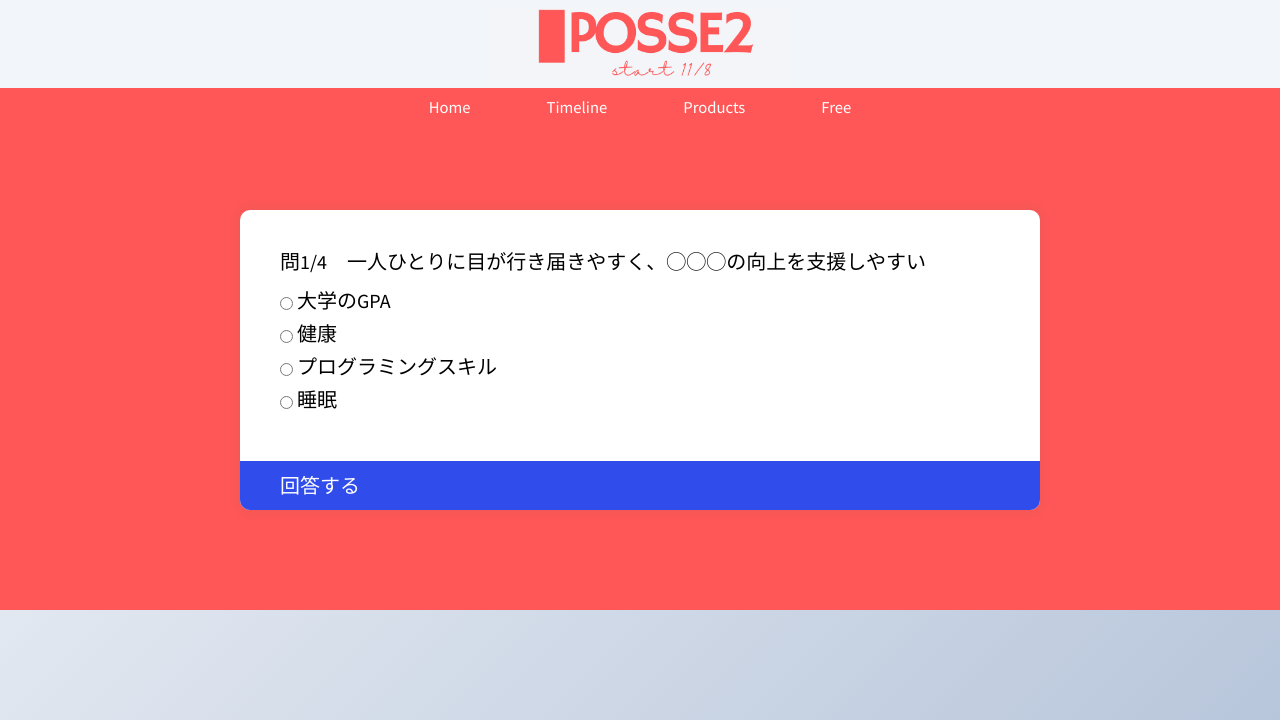
Repository: posse-ap/posse2-hackathon-202202-team2B
Page: src/html/top.html
The author's editor kept a copy of each file at every save. The page is drawn from the files as they stood at one save, then again after the next save.
The browser window is 1280 px wide. The pictures show the whole page.
The style sheet was rebuilt from its Sass, Less or Tailwind sources for each picture, by a compiler version that may differ from the author's.

Above is the page before, as saved 2022-02-14 21:59:09.
Console error: SyntaxError: Cannot use import statement outside a module

### src/html/top.html
<!DOCTYPE html>
<html lang="ja">
<head>
    <meta charset="UTF-8">
    <meta http-equiv="X-UA-Compatible" content="IE=edge">
    <meta name="viewport" content="width=device-width, initial-scale=1.0">
    <title>トップページ</title>
    <link rel="stylesheet" href="/src/reset.css">
    <link rel="stylesheet" href="../css/top.css">
    <script type="module" src="/src/js/index.js" defer></script>
</head>
<body>
    <header>
        <h1 class="logo">
            <a href="#" ><img src="/src/image/10.png" alt="Travel Blog"></a>
        </h1>
        <ul>
            <div class="lists">
                <li><a href="" class="list hover_action">Home</a></li>
                <li><a href="" class="list hover_action">Timeline</a></li>
                <li><a href="" class="list hover_action">Products</a></li>
                <li><a href="" class="list hover_action">Free</a></li>
            </div>
        </ul>
    </header>

<!-- クイズ -->
<div class="quiz-wrapper">
    <h2></h2>
    <div class="quiz-container">
        <div id="quiz-header">
          <h2 id="question">Question text</h2>
            <br>
          <form id="quiz-form" name="quizForm">
            <ul class="questions">
              <li>
                <input type="radio" id="a" name="answer" value="a" />
                <label id="a-text" for="a">Question</label>
              </li>
              <li>
                <input type="radio" id="b" name="answer" value="b" />
                <label id="b-text"  for="b">Question</label>
              </li>
              <li>
                <input type="radio" id="c" name="answer" value="c" />
                <label id="c-text"  for="c">Question</label>
              </li>
              <li>
                <input type="radio" id="d" name="answer" value="d" />
                <label id="d-text"  for="d">Question</label>
              </li>
            </ul>
            <div id="message"><a href="">POSSE2へ加入</a></div>
          </form>
        </div>

        <button id="submit">回答する</button>

        <!-- 結果表示用の要素 -->
        <div id="results-container">
          <div id="results-header">
            <h2 id="results"></h2>
            <button id="next-quiz">次の問題へ</button>
          </div>
        </div>
      </div>
</div>
      <script src="../js/index.js"></script>
</body>
    </html>

### src/js/index.js
// クイズデータを読み込む
import { quizDataJp } from './quiz_data_jp.js';

// 問題文
const questionElm = document.getElementById('question');

// 選択肢
const a_text = document.getElementById('a-text');
const b_text = document.getElementById('b-text');
const c_text = document.getElementById('c-text');
const d_text = document.getElementById('d-text');

// 回答送信ボタン
const submitBtn = document.getElementById('submit');

// 現在の問題
let currentQuiz = 0;

// 現在のスコア
let score = 0;

// 次の問題へ進むボタン
const nextQuizBtn = document.getElementById('next-quiz');

// 結果表示用の要素
const quizHeaderElm = document.getElementById('quiz-header');
const resultsConElm = document.getElementById('results-container');
const resultsElm = document.getElementById('results');

loadQuiz();

// 問題を読み込む
function loadQuiz() {
  // 問題を取得
  const currentQuizData = quizDataJp[currentQuiz];

  // 質問文を表示
  questionElm.innerText = currentQuizData.question;

  // 選択肢を表示
  a_text.innerText = currentQuizData.a;
  b_text.innerText = currentQuizData.b;
  c_text.innerText = currentQuizData.c;
  d_text.innerText = currentQuizData.d;
}

// 回答を取得
function getAnswered() {

  // 選択したラジオボタンのvalueを返す
  return document.quizForm.answer.value;
}

// 結果表示
function showResults(results) {
  quizHeaderElm.style.display = 'none';
  submitBtn.style.display = 'none';
  resultsConElm.style.display = 'block';
  resultsElm.innerText = results;
}

// 次の問題を表示
function showQuiz() {
  quizHeaderElm.style.display = 'block';
  submitBtn.style.display = 'block';
  resultsConElm.style.display = 'none';
}

// 採点
function checkScore() {
  if (score == quizDataJp.length) {
    return '全問正解！おめでとう！';
  } else {
    return 'もう一回挑戦しよう！';
  }
}

submitBtn.addEventListener('click', event => {
  event.preventDefault();

  // 回答を取得
  const answer = getAnswered();

  // 回答している
  if(answer) {

    // 正誤判定
    if (answer === quizDataJp[currentQuiz].correct) {
      showResults('正解！');
      score++;
    } else {
      showResults('残念...');
    }

    // ラジオボタンの選択を解除する
    document.getElementById(answer).checked = false;
  }
});


    function lastmessage(){
        document.createElement(a)
    }
nextQuizBtn.addEventListener('click', event => {
  event.preventDefault();
  let nextquiz = document.getElementById('next-quiz');
  // 次の問題へ進む
  currentQuiz++;

  // まだ問題が残っている
  if (currentQuiz < quizDataJp.length) {
    // 次の問題を読み込む
    loadQuiz();

    // 問題を表示する
    showQuiz();

  // 全ての問題に回答した
  } else {
    // alert(checkScore());
    nextquiz.style.display = "none";
    // showResults('POSSE2へようこそ');

    // window.location.reload();
  }
});

### src/js/quiz_data_jp.js
const quizDataJp = [
    {
      question: '問1/4　一人ひとりに目が行き届きやすく、◯◯◯の向上を支援しやすい',
      a: '大学のGPA',
      b: '健康',
      c: 'プログラミングスキル',
      d: '睡眠',
      correct: 'c'
    },
    {
      question: '問2/4　一人ひとりの◯◯◯を手厚くサポートしやすい',
      a: '健康',
      b: '交通費',
      c: '大学の課題',
      d: '悩み',
      correct: 'd'
    },
    {
      question: '問3/4　一人ひとりの◯◯◯がコミュニティ内で認識されやすい',
      a: '家族',
      b: '個性/存在',
      c: '黒歴史',
      d: 'バイト代',
      correct: 'b'
    },
    {
      question: '問4/4　◯◯◯人間関係を構築しやすい。一生の友達',
      a: '深い',
      b: '浅い',
      c: 'よっ友的な',
      d: '軽い',
      correct: 'a'
    },
  ];

  export { quizDataJp }

### src/sass/top-sass/top.scss
html{
    font-size: 6.25%;
}

body{
background-color: aqua;

}

// ヘッダー
header{
    height:1.07rem;
    position: fixed;
    width: 100%;
    top:0;
    z-index: 1;
}

a{
    cursor: pointer;
}

.logo {
    height: 88.0rem;
    background-color: #F2F5F9;
    width: 100%;
    text-align: center;
    // margin:0 120rem;
    padding:8rem 0rem 0rem 0rem;
}

header img{
    height: 80rem;
    width: 300rem;
    object-fit: cover;
}

header ul{
    height: 39rem;
    background-color: #FF5757;
    color: white;
    display: flex;
    font-size: 12.63rem;
}

.lists{
    // margin: 0 135rem;
    display: flex;
    margin: 0 auto;
    text-align: center;
    align-items: center;
}

header li{
    list-style-type: none;
    display: inline-block;
    margin:0 38rem;
    text-align: center;
    font-size: 16.63rem;
}

.list{
    color: white;
}

.hover_action{
    position: relative;
}
.hover_action::after {
    position: absolute;
    bottom: -4px;
    left: 0;
    content: '';
    width: 100%;
    height: 2px;
    padding-bottom: 1px;
    background: white;
    transform: scale(0, 1);
    transform-origin: left top;
    transition: transform .3s;
  }
  .hover_action:hover::after {
    transform: scale(1, 1);
  }

// クイズ
@import url('https://fonts.googleapis.com/css2?family=Source+Sans+Pro&display=swap');

* {
  box-sizing: border-box;
}

body {
  background-color: #b8c6db;
  background-image: linear-gradient(315deg, #b8c6db 0%, #f5f7fa 100%);
  display: flex;
  align-items: center;
  justify-content: center;
  font-family: 'Source Sans Pro', sans-serif;
  margin: 0;
  min-height: 100vh;
}

.quiz-wrapper{
  background-color: #FF5757;
  display: flex;
  justify-content: center;
  align-items: center;
  width: 100%;
  height: 500rem;
}

.quiz-container {
  background-color: white;
  border-radius: 10px;
  box-shadow: 0 0 10rem 2rem rgba(100, 100, 100, 0.1);
  overflow: hidden;
  width: 800rem;
  max-width: 100%;
//   display: unset;
}

#quiz-header {
  padding: 40rem;
}

h2 {
  margin: 0;
}

ul {
  list-style-type: none;
  padding: 0;
}

.questions li {
//   font-size: 1.2rem;
  margin: 10rem 0;
}

ul li input {
  cursor: pointer;
}

ul li label {
  cursor: pointer;
}

#question{
    font-size: 20rem;
}
.questions{
    font-size: 20rem;
}
button {
  background-color: #304dec;
  border: none;
  color: white;
  cursor: pointer;
  display: block;
  font-family: inherit;
  font-size: 20rem;
  width: 100%;
  padding: 13rem 13rem 13rem 40rem;
}

button:hover {
  background-color: #233bc4;
}

#results-container {
  display: none;
  align-items: center;
}

#results-header {
  text-align: center;
  justify-content: center;
}

#results {
  padding: 20rem 0;
  font-size: 20rem;
}

#message{
    display: none;
    font-size: 20rem;
    color: black;
    background-color: white;
}


@media(max-width:600px) {
    header .lists{
    /* 横スクロールを表示 */
    overflow-x: scroll;
    margin: 0;
    white-space: nowrap;
    }

    header  li{
        margin: 0rem;
        padding: 10rem 60rem 10rem 0;
    }

    .logo{
        margin: 0;
    }

    header ul{
        display: block;
        padding: 0 16rem;
    }
}

Loaded but not shown: src/reset.css (common file)

After the next save:
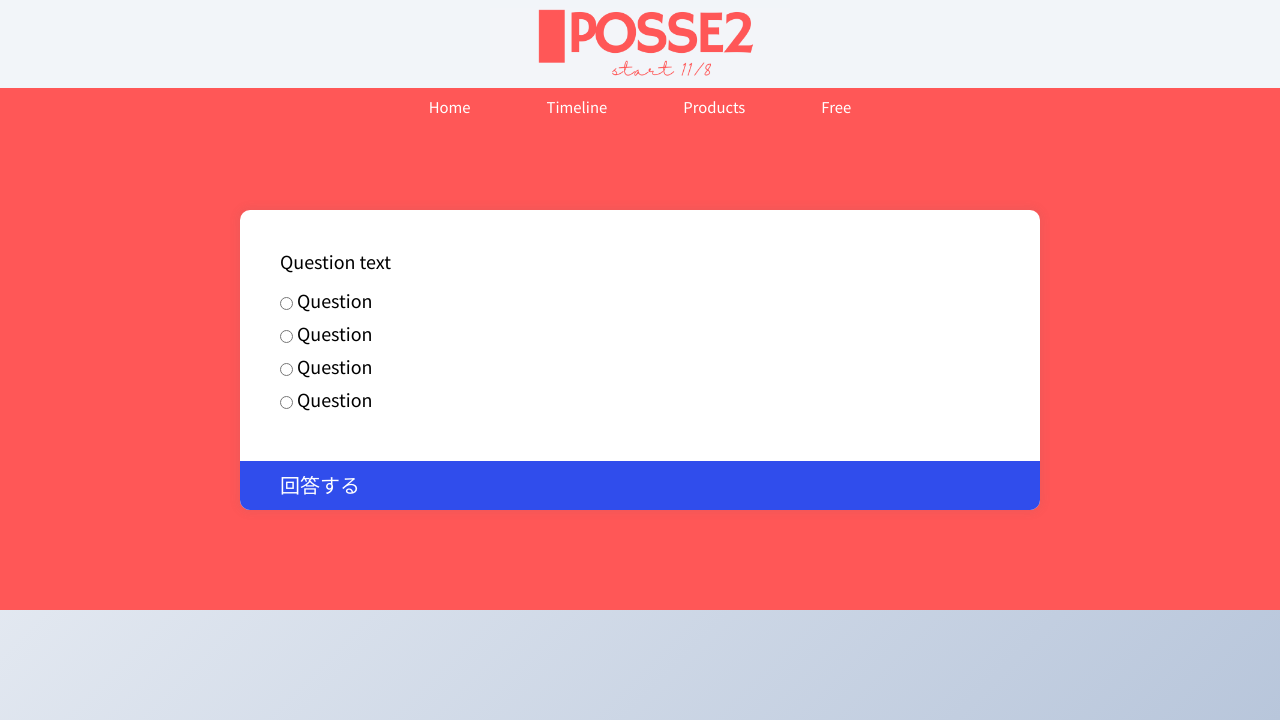
Saved 12 s later.
--- a/src/js/index.js
+++ b/src/js/index.js
@@ -99,7 +99,7 @@
 
 
     function lastmessage(){
-        document.createElement(a)
+        document.createElement((a)
     }
 nextQuizBtn.addEventListener('click', event => {
   event.preventDefault();

After the 3 saves that followed:
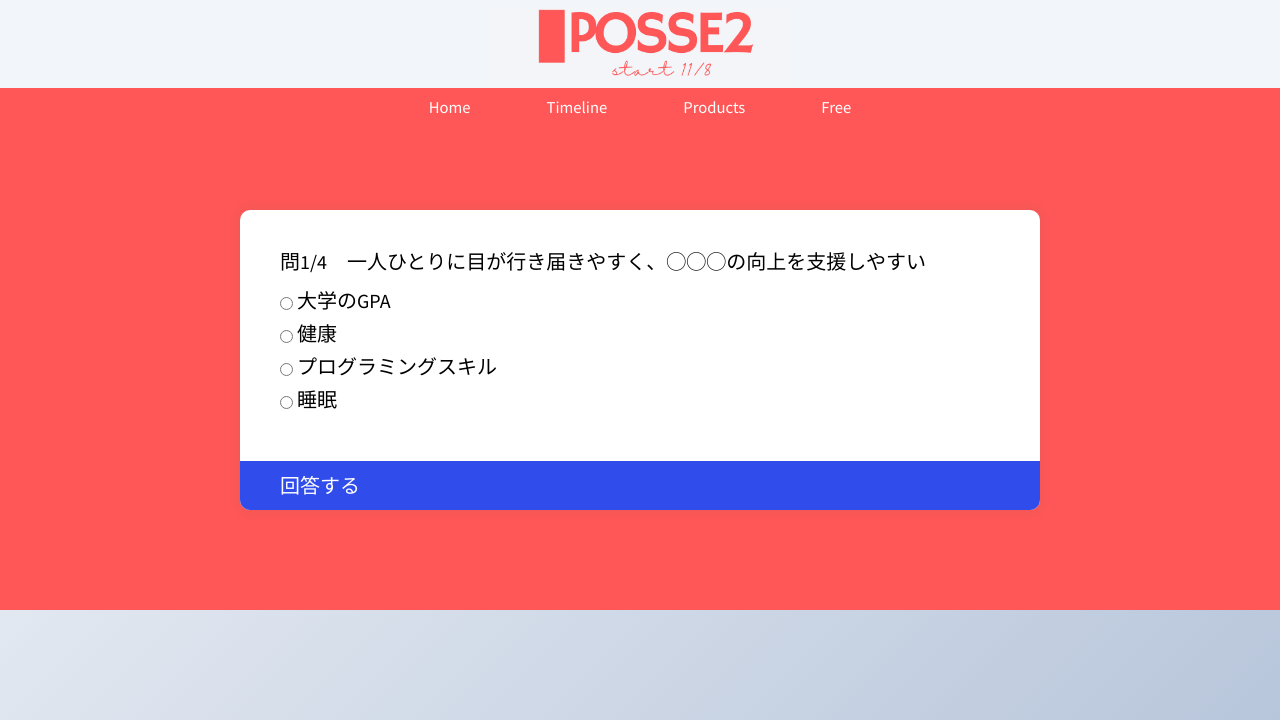
The 3 saves are shown as one change because they came seconds apart.
The last was saved 8 s later.
--- a/src/js/index.js
+++ b/src/js/index.js
@@ -99,7 +99,7 @@
 
 
     function lastmessage(){
-        document.createElement((a)
+        document.createElement("a")
     }
 nextQuizBtn.addEventListener('click', event => {
   event.preventDefault();
